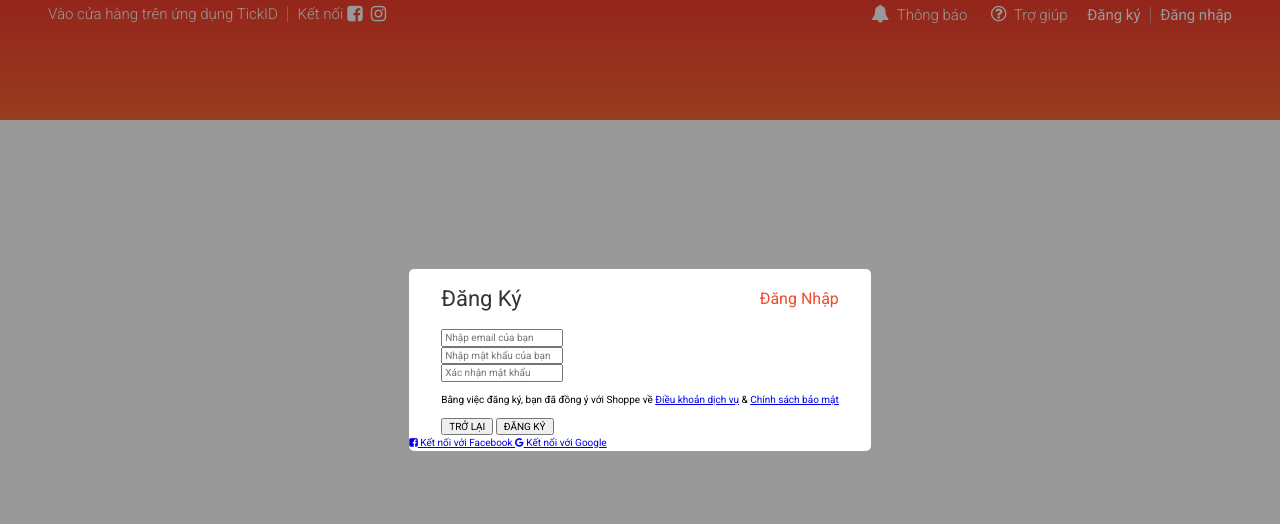
Repository: huydev0401/F8-Shop
Page: index.html
An editor plug-in stored every save of this project. The page is shown before and after the next save, followed by the edit.
The browser window is 1280 px wide. The pictures show the whole page.

Above is the page before, as saved 2021-08-12 15:54:46.

After the next save:
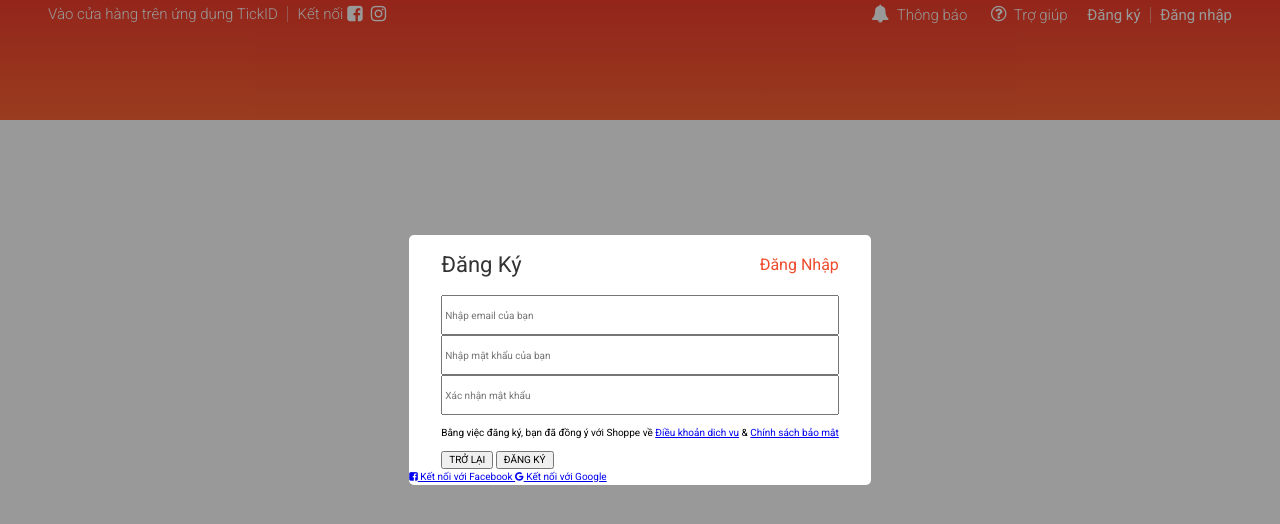
Saved 30 s later.
--- a/assets/css/main.css
+++ b/assets/css/main.css
@@ -283,7 +283,8 @@
 }
 
 .authe-form__input {
-
+    width: 100%;
+    height: 40px;
 }
 
 .authe-form__aside {
